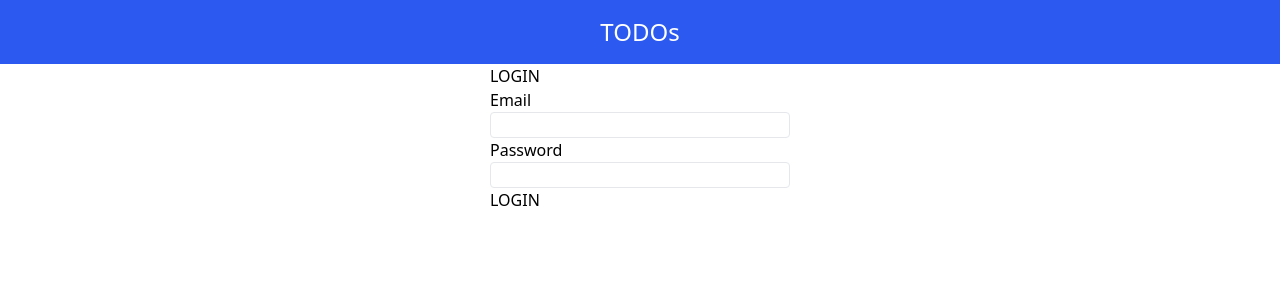
Repository: Jay-JYKim91/wanted-pre-onboarding-challenge-fe-1
Page: /auth
The author's editor kept a copy of each file at every save. The page is drawn from the files as they stood at one save, then again after the next save.
The browser window is 1280 px wide. The pictures show the whole page.
The project was rebuilt for these pictures with package versions that can differ from the ones it lists, and the page was loaded fresh each time.

Above is the page before, as saved 2022-07-29 19:53:00.

### src/index.tsx
import React from "react"
import ReactDOM from "react-dom/client"
import "./index.css"
import App from "./App"
import { BrowserRouter } from "react-router-dom"

const root = ReactDOM.createRoot(document.getElementById("root") as HTMLElement)
root.render(
  <React.StrictMode>
    <BrowserRouter>
      <App />
    </BrowserRouter>
  </React.StrictMode>
)

### src/App.tsx
import React from "react"
import { Route, Routes } from "react-router-dom"
import Auth from "./page/Auth"

function App() {
  return (
    <div className="App">
      <header className="bg-primary-900 text-white text-center py-4 text-2xl">
        <span>TODOs</span>
      </header>
      <Routes>
        <Route path="/auth" element={<Auth />} />
      </Routes>
    </div>
  )
}

export default App

### src/page/Auth.tsx
import React from "react"

function Auth() {
  return (
    <div>
      <div className="max-w-[300px] m-auto">
        <h1>LOGIN</h1>
        <form>
          <div className="flex flex-col">
            <label htmlFor="emailForLogin">Email</label>
            <input type="email" id="emailForLogin" className="border rounded" />
          </div>
          <div className="flex flex-col">
            <label htmlFor="passwordForLogin">Password</label>
            <input
              type="password"
              id="passwordForLogin"
              className="border rounded"
            />
          </div>
          <button type="button">LOGIN</button>
        </form>
      </div>
    </div>
  )
}

export default Auth

### tailwind.config.js
/** @type {import('tailwindcss').Config} */
module.exports = {
  content: [
    "./src/**/*.{js,jsx,ts,tsx}",
  ],
  theme: {
    extend: {
      colors: {
        'primary': {
          100: '#47dfbc',
          500: '#428afe',
          900: '#2c5af1',
        }
      },
    },
  },
  plugins: [],
}

Loaded but not shown: public/index.html (common file); src/index.css (common file)

After the next save:
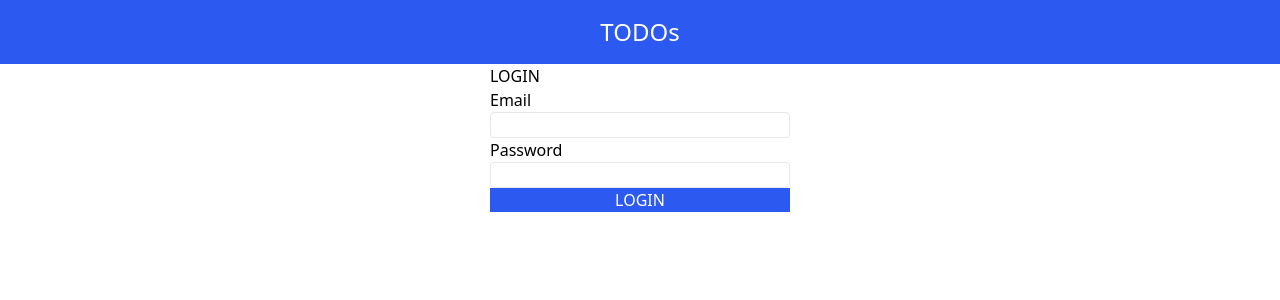
Saved 34 s later.
--- a/src/page/Auth.tsx
+++ b/src/page/Auth.tsx
@@ -18,7 +18,9 @@ function Auth() {
               className="border rounded"
             />
           </div>
-          <button type="button">LOGIN</button>
+          <button type="button" className="w-full bg-primary-900 text-white">
+            LOGIN
+          </button>
         </form>
       </div>
     </div>
